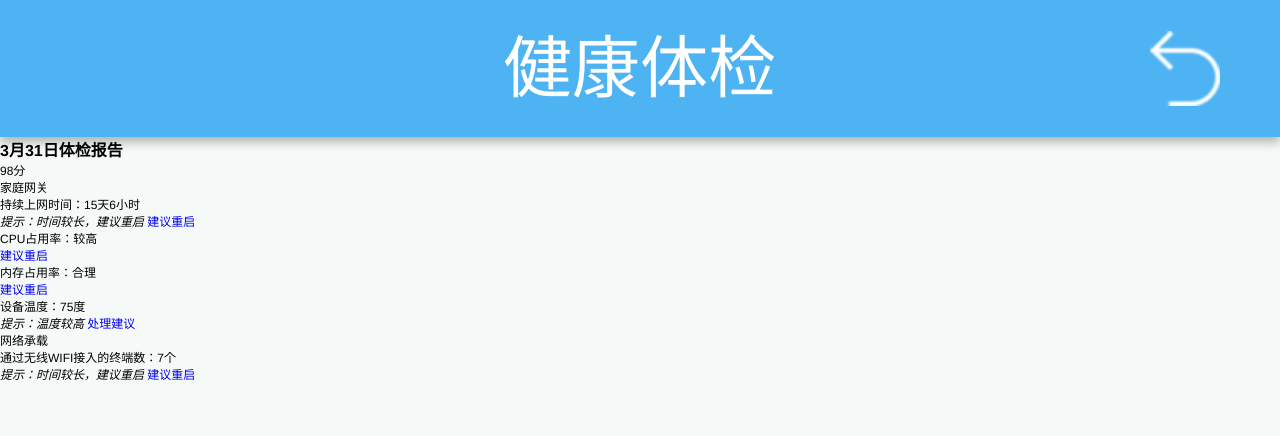
Repository: wangbiaozy/8.24
Page: index_health.html
The author's editor kept a copy of each file at every save. The page is drawn from the files as they stood at one save, then again after the next save.
The browser window is 1280 px wide. The pictures show the whole page.

Above is the page before, as saved 2018-08-23 20:27:01.

After the next save:
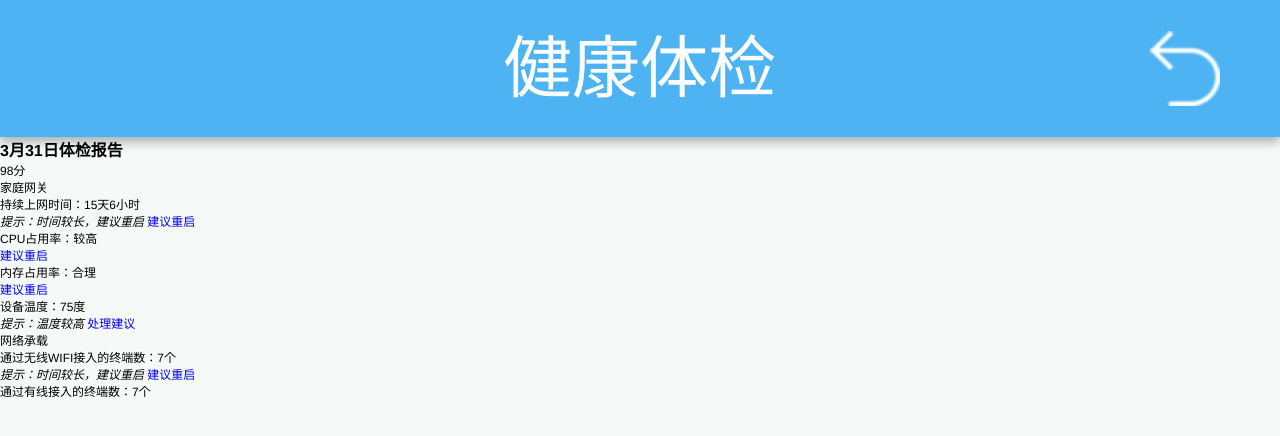
Saved 21 s later.
--- a/index_health.html
+++ b/index_health.html
@@ -57,6 +57,9 @@
                 <i>提示：时间较长，建议重启</i>
                 <a href="javascript:void(0)">建议重启</a>
             </li>
+            <li>
+                <p>通过有线接入的终端数：<span>7个</span></p>
+            </li>
         </ul>
     </main>
 </body>
